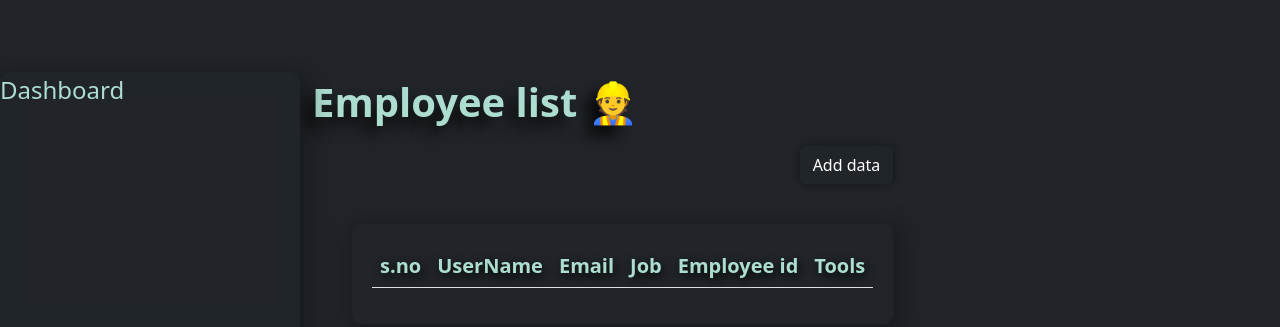
Repository: iamevs/Employee-Management-System
Page: /home (app in client/)
These files come from the project's save history. The page is drawn as it stood at one moment and after the next save; the edit follows.
The browser window is 1280 px wide. The pictures show the whole page.
The page's requests for data from a server got no answer. The project was rebuilt for these pictures with package versions that can differ from the ones it lists, and the page was loaded fresh each time. No one was signed in, and anything a server would have sent is missing. Also part of the build but not shown: client/vite.config.js, client/src/components/Register.jsx, client/src/components/Edit.jsx, client/src/components/Hero.jsx. Imported but missing from the stored project, and not drawn on this page: client/src/components/Details.

Above is the page before, as saved 2022-11-29 01:38:17.

After the next save:
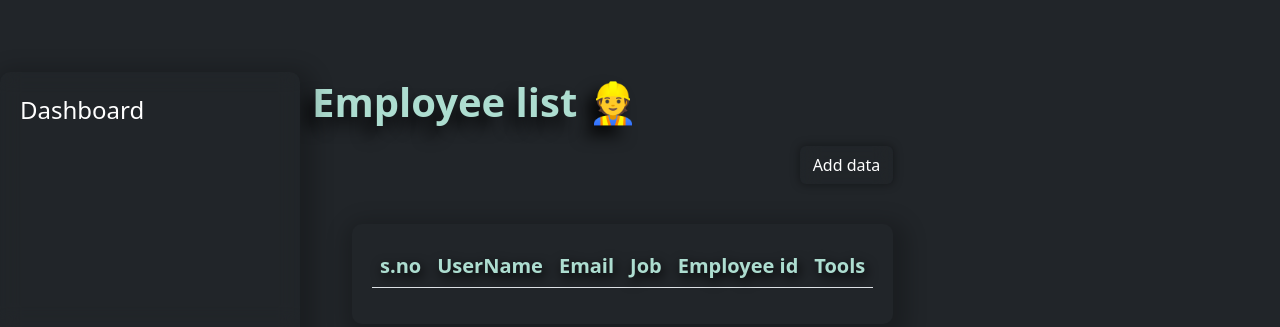
Saved 15 s later.
--- a/client/src/components/Navbar.jsx
+++ b/client/src/components/Navbar.jsx
@@ -57,7 +57,7 @@ const Navbar = () => {
         }}>
             <Box sx={{
                 fontSize: "1.5rem",
-                color: "#ADDDD0",
+                padding: "20px",
             }}>
                 Dashboard
             </Box>
